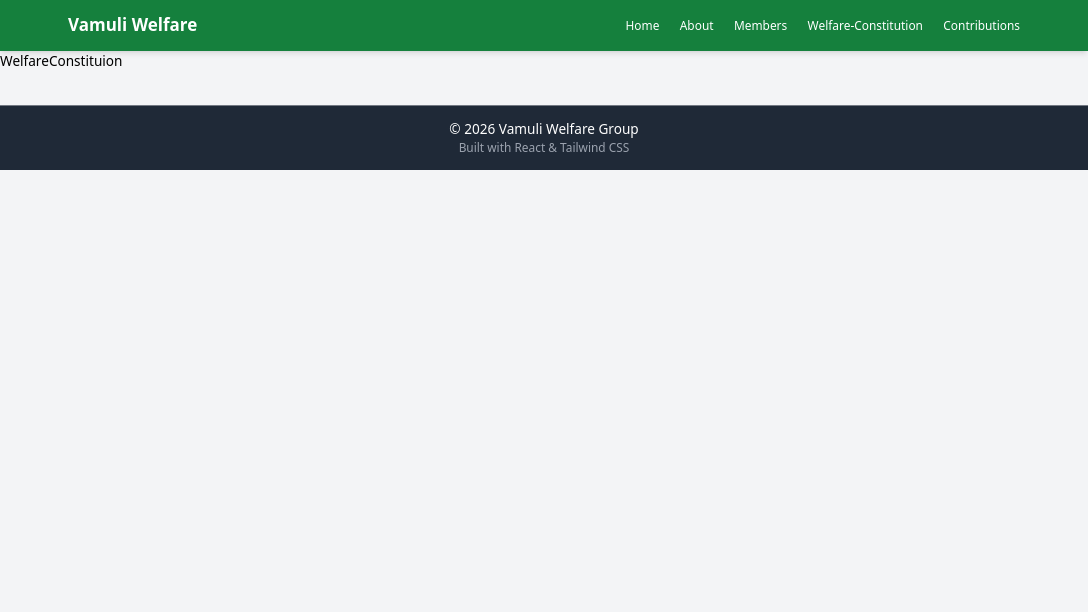
Repository: Engineer-collo/Vamuli-welfare
Page: /constitution
An editor plug-in stored every save of this project. The page is shown before and after the next save, followed by the edit.
The browser window is 1280 px wide. The pictures show the whole page, at 85% of full size.
The project was rebuilt for these pictures with package versions that can differ from the ones it lists, and the page was loaded fresh each time. Also part of the build but not shown: vite.config.js, src/pages/contributionsData.js, src/pages/Home.jsx, src/pages/Members.jsx, src/pages/ContributionsTable.jsx, src/pages/About.jsx.

Above is the page before, as saved 2026-03-16 15:01:15.

### index.html
<!doctype html>
<html lang="en">
  <head>
    <meta charset="UTF-8" />
    <link rel="icon" type="image/svg+xml" href="/favicon.svg" />
    <meta name="viewport" content="width=device-width, initial-scale=1.0" />
    <title>vamuli-welfare</title>
  </head>
  <body>
    <div id="root"></div>
    <script type="module" src="/src/main.jsx"></script>
  </body>
</html>

### src/App.jsx
import { BrowserRouter as Router, Routes, Route } from "react-router-dom";

import Navbar from "./components/Navbar";
import Footer from "./components/Footer";

import Home from "./pages/Home";
import Members from "./pages/Members";
import ContributionsTable from "./pages/ContributionsTable";
import WelfareConstituion from "./pages/WelfareConstituion";
import About from "./pages/About";

function App() {
  return (
    <Router>
      <div className="bg-gray-100 min-h-screen">

        <Navbar />

        <Routes>
          <Route path="/" element={<Home />} />
          <Route path="/members" element={<Members />} />
          <Route path="/contributions" element={<ContributionsTable />} />
          <Route path="/about" element={<About />} />
          <Route path="/constitution" element={<WelfareConstituion/>} />

        </Routes>

        <Footer />

      </div>
    </Router>
  );
}

export default App;

### src/components/Navbar.jsx
import { Link } from "react-router-dom";

function Navbar() {
  return (
    <nav className="bg-green-700 text-white shadow-md">
      <div className="max-w-6xl mx-auto flex justify-between items-center p-4">

        <h1 className="text-xl font-bold">
          <Link to="/">Vamuli Welfare</Link>
        </h1>

        <ul className="flex gap-6 text-sm">
          <li>
            <Link to="/" className="hover:text-gray-200">Home</Link>
          </li>

          <li>
            <Link to="/about" className="hover:text-gray-200">About</Link>
          </li>

          <li>
            <Link to="/members" className="hover:text-gray-200">Members</Link>
          </li>

          <li>
            <Link to="/constitution" className="hover:text-gray-200">Welfare-Constitution</Link>
          </li>


          <li>
            <Link to="/contributions" className="hover:text-gray-200">Contributions</Link>
          </li>



        </ul>

      </div>
    </nav>
  );
}

export default Navbar;

### src/components/Footer.jsx
import React from "react";

function Footer() {
  return (
    <footer className="bg-gray-800 text-white mt-10">
      <div className="max-w-6xl mx-auto text-center p-4">
        <p>© 2026 Vamuli Welfare Group</p>
        <p className="text-sm text-gray-400">
          Built with React & Tailwind CSS
        </p>
      </div>
    </footer>
  );
}

export default Footer;

### src/pages/WelfareConstituion.jsx
import React from 'react'

const WelfareConstituion = () => {
  return (
    <div>WelfareConstituion</div>
  )
}

export default WelfareConstituion

### tailwind.config.js
/** @type {import('tailwindcss').Config} */
module.exports = {
  content: [
    "./index.html",
    "./src/**/*.{js,jsx}"
  ],
  theme: {
    extend: {},
  },
  plugins: [],
};

Loaded but not shown: src/main.jsx (common file); src/index.css (common file)

After the next save:
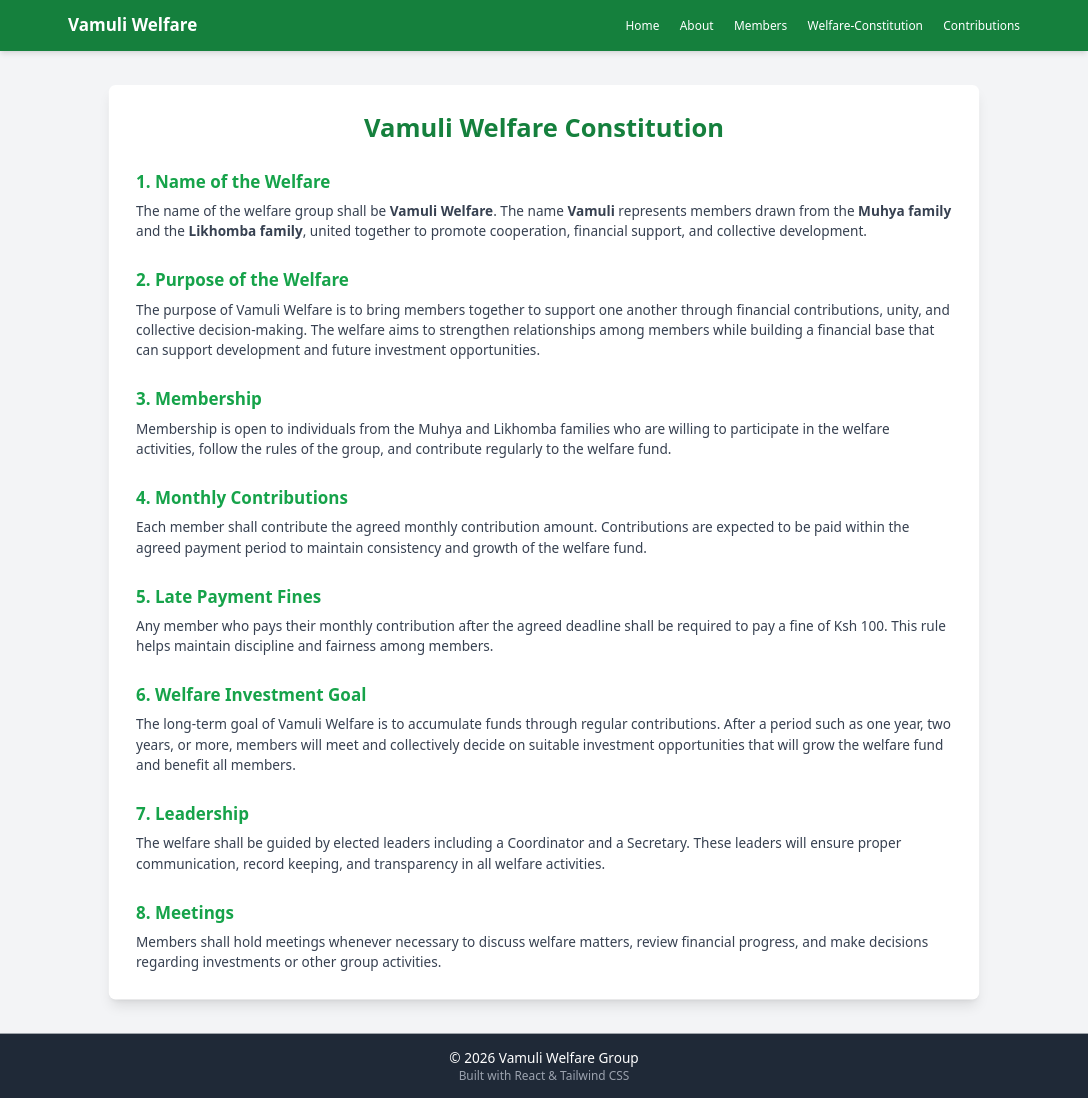
Saved 15 min 44 s later.
--- a/src/pages/WelfareConstituion.jsx
+++ b/src/pages/WelfareConstituion.jsx
@@ -1,9 +1,135 @@
-import React from 'react'
+import React from "react";
 
-const WelfareConstituion = () => {
+function Constitution() {
   return (
-    <div>WelfareConstituion</div>
-  )
+    <div className="max-w-5xl mx-auto mt-10 bg-white shadow-lg rounded-lg p-8">
+
+      <h1 className="text-3xl font-bold text-center text-green-700 mb-8">
+        Vamuli Welfare Constitution
+      </h1>
+
+      {/* Introduction */}
+
+      <section className="mb-8">
+        <h2 className="text-xl font-semibold text-green-600 mb-2">
+          1. Name of the Welfare
+        </h2>
+
+        <p className="text-gray-700">
+          The name of the welfare group shall be <strong>Vamuli Welfare</strong>.
+          The name <strong>Vamuli</strong> represents members drawn from the
+          <strong> Muhya family </strong> and the <strong>Likhomba family</strong>,
+          united together to promote cooperation, financial support, and
+          collective development.
+        </p>
+      </section>
+
+      {/* Purpose */}
+
+      <section className="mb-8">
+        <h2 className="text-xl font-semibold text-green-600 mb-2">
+          2. Purpose of the Welfare
+        </h2>
+
+        <p className="text-gray-700">
+          The purpose of Vamuli Welfare is to bring members together to support
+          one another through financial contributions, unity, and collective
+          decision-making. The welfare aims to strengthen relationships among
+          members while building a financial base that can support development
+          and future investment opportunities.
+        </p>
+      </section>
+
+      {/* Membership */}
+
+      <section className="mb-8">
+        <h2 className="text-xl font-semibold text-green-600 mb-2">
+          3. Membership
+        </h2>
+
+        <p className="text-gray-700">
+          Membership is open to individuals from the Muhya and Likhomba
+          families who are willing to participate in the welfare activities,
+          follow the rules of the group, and contribute regularly to the
+          welfare fund.
+        </p>
+      </section>
+
+      {/* Contributions */}
+
+      <section className="mb-8">
+        <h2 className="text-xl font-semibold text-green-600 mb-2">
+          4. Monthly Contributions
+        </h2>
+
+        <p className="text-gray-700">
+          Each member shall contribute the agreed monthly contribution amount.
+          Contributions are expected to be paid within the agreed payment
+          period to maintain consistency and growth of the welfare fund.
+        </p>
+      </section>
+
+      {/* Fines */}
+
+      <section className="mb-8">
+        <h2 className="text-xl font-semibold text-green-600 mb-2">
+          5. Late Payment Fines
+        </h2>
+
+        <p className="text-gray-700">
+          Any member who pays their monthly contribution after the agreed
+          deadline shall be required to pay a fine of Ksh 100. This rule helps
+          maintain discipline and fairness among members.
+        </p>
+      </section>
+
+      {/* Investment */}
+
+      <section className="mb-8">
+        <h2 className="text-xl font-semibold text-green-600 mb-2">
+          6. Welfare Investment Goal
+        </h2>
+
+        <p className="text-gray-700">
+          The long-term goal of Vamuli Welfare is to accumulate funds through
+          regular contributions. After a period such as one year, two years, or
+          more, members will meet and collectively decide on suitable
+          investment opportunities that will grow the welfare fund and benefit
+          all members.
+        </p>
+      </section>
+
+      {/* Leadership */}
+
+      <section className="mb-8">
+        <h2 className="text-xl font-semibold text-green-600 mb-2">
+          7. Leadership
+        </h2>
+
+        <p className="text-gray-700">
+          The welfare shall be guided by elected leaders including a
+          Coordinator and a Secretary. These leaders will ensure proper
+          communication, record keeping, and transparency in all welfare
+          activities.
+        </p>
+      </section>
+
+      {/* Meetings */}
+
+      <section>
+        <h2 className="text-xl font-semibold text-green-600 mb-2">
+          8. Meetings
+        </h2>
+
+        <p className="text-gray-700">
+          Members shall hold meetings whenever necessary to discuss welfare
+          matters, review financial progress, and make decisions regarding
+          investments or other group activities.
+        </p>
+      </section>
+
+    </div>
+  );
 }
 
-export default WelfareConstituion
+export default Constitution;
